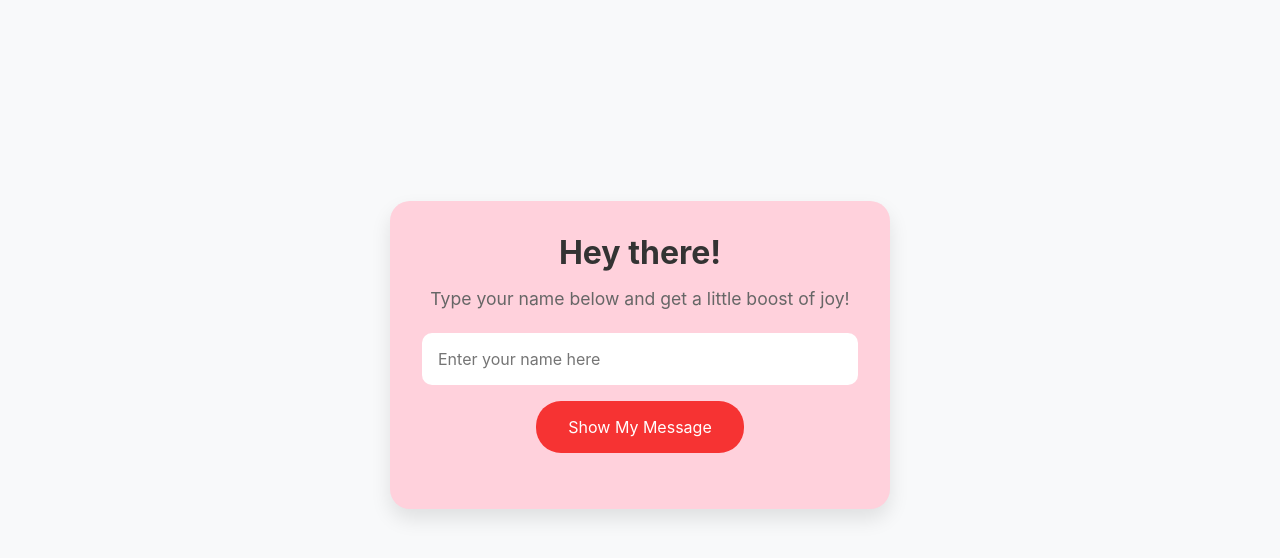
Repository: joelojieabu/biblicalWordsOfEncouragement
Page: biblicalWordsOfEncouragement.html
These files come from the project's save history. The page is drawn as it stood at one moment and after the next save; the edit follows.
The browser window is 1280 px wide. The pictures show the whole page.
The pointer rests on the first visible `button`.

Above is the page before, as saved 2024-12-26 12:39:07.

### biblicalWordsOfEncouragement.html
<!DOCTYPE html>
<html lang="en">
  <head>
    <meta charset="UTF-8" />
    <meta name="viewport" content="width=device-width, initial-scale=1.0" />
    <title>Words of Encouragement</title>
    <style>
      * {
        margin: 0;
        padding: 0;
        box-sizing: border-box;
        font-family: -apple-system, BlinkMacSystemFont, "Segoe UI", Roboto,
          sans-serif;
      }

      body {
        min-height: 100vh;
        display: flex;
        justify-content: center;
        align-items: center;
        background-color: #f8f9fa;
      }

      .card {
        background-color: #ffd1dc;
        padding: 2rem;
        border-radius: 20px;
        box-shadow: 0 10px 20px rgba(0, 0, 0, 0.1);
        width: 90%;
        max-width: 500px;
        text-align: center;
        transition: transform 0.3s ease;
      }

      .card:hover {
        transform: translateY(-5px);
      }

      h1 {
        color: #333;
        margin-bottom: 1rem;
        font-size: 2rem;
      }

      .subtitle {
        color: #666;
        margin-bottom: 1.5rem;
        font-size: 1.1rem;
      }

      input {
        width: 100%;
        padding: 1rem;
        margin-bottom: 1rem;
        border: none;
        border-radius: 10px;
        font-size: 1rem;
        outline: none;
      }

      button {
        background-color: rgb(246, 51, 51);
        color: white;
        border: none;
        padding: 1rem 2rem;
        border-radius: 25px;
        cursor: pointer;
        font-size: 1rem;
        transition: background-color 0.3s ease;
      }

      button:hover {
        background-color: rgb(246, 51, 51);;
      }

      #message {
        margin-top: 1.5rem;
        color: #444;
        font-size: 1.1rem;
        opacity: 0;
        transition: opacity 0.5s ease;
      }

      #message.visible {
        opacity: 1;
      }

      .heart {
        color: #ff4d6d;
        display: inline-block;
        animation: beat 1s infinite;
      }

      @keyframes beat {
        0%,
        100% {
          transform: scale(1);
        }
        50% {
          transform: scale(1.2);
        }
      }
    </style>
  </head>
  <body>
    <div class="card">
      <h1>Hey there!</h1>
      <p class="subtitle">
        Type your name below and get a little boost of joy!
      </p>
      <input type="text" id="nameInput" placeholder="Enter your name here" />
      <button onclick="showMessage()">Show My Message</button>
      <p id="message"></p>
    </div>

    <script>
      const messages = [
        "Beloved, My help is on the way. Isaiah 51:5",
        "Precious One, You belong to Me. When you go through deep waters, I will be right there with you. Isaiah 43:1-2",
        "Dearest One, My Spirit is with you always. Isaiah 11:2",
        "Precious Child, I have written your name on My hands. You are always in My thoughts. Isaiah 49:16",
        "My Child, I go before you and behind you. I am holding you with My hand. Psalm 139:5",
        "Beloved, I am the One who makes all things new. Trust that I am working in your life. Revelation 21:5",
        "Beloved, You are never alone. I am with you wherever you go. Joshua 1:9",
        "My Child, I know every detail of your life. I have numbered even the hairs on your head. Matthew 10:30",
        "Beloved, I know your heart and hear your cries. I am near, comforting you always. Psalm 34:18",
        "My Precious One, I am your God who takes hold of your right hand and says, 'Do not fear; I will help you.' Isaiah 41:13",
        "My Dearest Child, I am with you in every trial and every joy. You are never out of My sight. Psalm 139:7-10",
        "My Child, When you call on Me, I will answer; when you seek Me, you will find Me. Jeremiah 33:3",
        "Beloved, I am your peace; let not your heart be troubled or afraid. John 14:27",
        "Dear One, I, The Lord who see you, will restore to you the years that the locust has eaten. Joel 2:25",
        "My Child, Though you walk through valleys, fear no evil, for I am with you always. Psalm 23:4",
        "Precious One, I am your shepherd; with Me, you lack nothing. Psalm 23:1-2",
        "Beloved, You are never alone. Hebrews 13:5",
        "Dearest Child, The mountains may skip like lambs, and the hills be removed, but My love shall not depart from you. Isaiah 54:10",
        "Beloved, Be strong and courageous. Do not be afraid, for I go with you wherever you go. Joshua 1:9",
        "My Dear, I know the plans I have for you, plans to prosper you and not to harm you, plans to give you hope and a future. Jeremiah 29:11",
        "My beloved, you are wonderfully made, and I see every detail of your heart and soul. You are precious to me. Psalm 139:14",
        "Even in your struggles, my love for you remains steadfast. There is nothing that can separate us. Romans 8:38-39",
        "Trust in my love, for I hold your heart in my hands. Share with me your fears and joys. Psalm 55:22",
        "Your laughter brings me joy, and your smiles light up my heart. You are a treasure to me. Zephaniah 3:17",
        "In your trials, I am molding you into something beautiful. Trust that I am at work in you. Romans 8:28",
        "Just as an artist pours love into their creation, I have crafted you with purpose and beauty. Ephesians 2:10",
        "I placed dreams in your heart for a reason. Pursue them with courage, and I will be with you. Jeremiah 29:11",
      ];

      function showMessage() {
        const nameInput = document.getElementById("nameInput");
        const messageElement = document.getElementById("message");
        const name = nameInput.value.trim();

        if (name === "") {
          alert("Please enter your name");
          return;
        }

        const randomMessage =
          messages[Math.floor(Math.random() * messages.length)];
        messageElement.innerHTML = `${name}, ${randomMessage} <span class="heart">❤</span>`;
        messageElement.classList.add("visible");
      }

      // Allow Enter key to trigger the button
      document
        .getElementById("nameInput")
        .addEventListener("keypress", function (e) {
          if (e.key === "Enter") {
            showMessage();
          }
        });
    </script>
  </body>
</html>

After the next save:
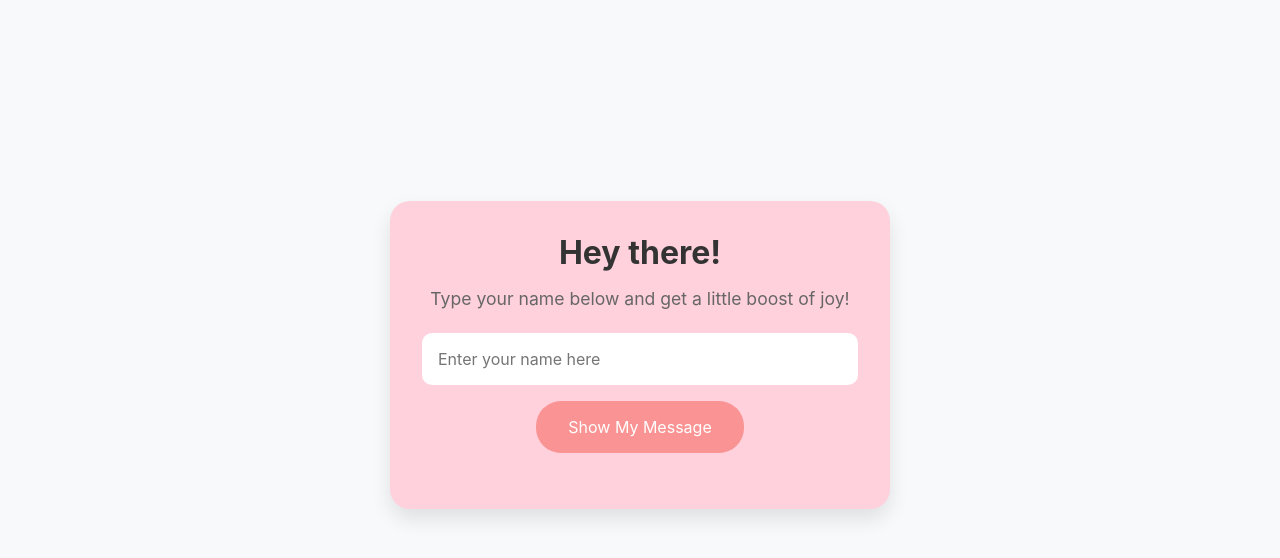
Saved 4 s later.
--- a/biblicalWordsOfEncouragement.html
+++ b/biblicalWordsOfEncouragement.html
@@ -70,7 +70,7 @@
       }
 
       button:hover {
-        background-color: rgb(246, 51, 51);;
+        background-color: rgb(250, 147, 147);;
       }
 
       #message {
